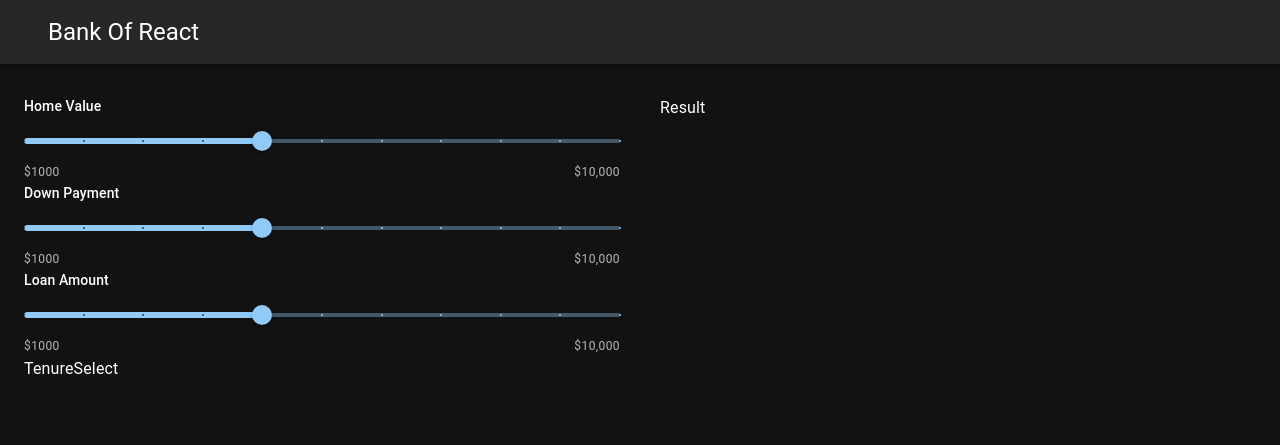
Repository: MikeeBuilds/mortgage-calculator
Page: /
These files come from the project's save history. The page is drawn as it stood at one moment and after a run of saves; the edit follows.
The browser window is 1280 px wide. The pictures show the whole page.
The project was rebuilt for these pictures with package versions that can differ from the ones it lists, and the page was loaded fresh each time.

Above is the page before, as saved 2023-04-03 21:41:13.

### src/index.js
import React from 'react';
import ReactDOM from 'react-dom/client';
import  CssBaseline  from '@mui/material/CssBaseline';
import { ThemeProvider, createTheme } from '@mui/material/styles';
import App from './App';
import reportWebVitals from './reportWebVitals';
import { theme } from './theme';

const root = ReactDOM.createRoot(document.getElementById('root'));
root.render(
  <React.StrictMode>
    <ThemeProvider theme={theme}>
      <CssBaseline />
    <App />
    </ThemeProvider>
  </React.StrictMode>
);

// If you want to start measuring performance in your app, pass a function
// to log results (for example: reportWebVitals(console.log))
// or send to an analytics endpoint. Learn more: https://bit.ly/CRA-vitals
reportWebVitals();

### src/App.js
import { Container, Grid } from "@mui/material";
import Navbar from "./components/Navbar";
import Result from "./components/Result";
import SliderSelect from "./components/SliderSelect";
import TenureSelect from "./components/TenureSelect";


function App() {
  return (
    <div className="App">
      <Navbar />
      <Container maxWidth="xl" sx={{ marginTop: 4 }}>
        <Grid container spacing={5}>

          <Grid item xs={12} md={6}>
            <SliderSelect />
            <TenureSelect />
          </Grid>
          <Grid item xs={12} md={6}>
            <Result />

          </Grid>

        </Grid>
      </Container>
    </div>
  );
}

export default App;

### src/theme.js
import {  createTheme } from "@mui/material/styles";

export const theme = createTheme({
    palette: {
        mode: "dark",
    },
    typography: {
        h1: {

        },
    },
});

### src/components/Navbar.js
import React from 'react'
import AppBar from '@mui/material/AppBar'
import ToolBar from '@mui/material/Toolbar'
import Typography from '@mui/material/Typography'
import Container from '@mui/material/Container'

const Navbar = () => {
  return (
    <AppBar position="static">
      <Container maxWidth='xl'>
        <ToolBar>
            <Typography variant="h5" component="div" sx={{ flexGrow: 1 }}>
                Bank Of React
            </Typography>
        </ToolBar>
      </Container>
    </AppBar>
  )
}

export default Navbar

### src/components/SliderSelect.js
import React, { Fragment } from 'react'
import SliderComponent from './common/SliderComponent'

const SliderSelect = () => {
  return (
    <>
        <SliderComponent
            label='Home Value'
            min={0}
            max={50}
            defaultValue={20}
            step={5 }
            onChange={(e, value) => console.log(value)}
        />
          <SliderComponent
            label='Down Payment'
            min={0}
            max={50}
            defaultValue={20}
            step={5 }
            onChange={(e, value) => console.log(value)}
        />
          <SliderComponent
            label='Loan Amount'
            min={0}
            max={50}
            defaultValue={20}
            step={5 }
            onChange={(e, value) => console.log(value)}
        />

    </>


  )
}

export default SliderSelect

### src/components/TenureSelect.js
import React from 'react'

const TenureSelect = () => {
  return (
    <div>TenureSelect</div>
  )
}

export default TenureSelect

### src/components/common/SliderComponent.js
import React from 'react'
import Slider from '@mui/material/Slider'
import { Stack, Typography } from '@mui/material'

const SliderComponent = ({ defaultValue, min, max, step, onChange, value, label, unit, amount }) => {
  return (
  <>
    <Stack gap={1}>
      <Typography variant='subtitle2'>{label}</Typography>
      <Typography variant='h5'>{unit} {amount}</Typography>
    </Stack>

    <Slider
      defaultValue={defaultValue}
      min={min} max={max}
      aria-label='Default'
      valueLabelDisplay='auto'
      marks
      step={step}
      onChange={onChange}
      value={value}
      />
      <Stack direction='row' justifyContent='space-between'>
    <Typography variant='caption' color='text.secondary'>$1000</Typography>
    <Typography variant='caption' color='text.secondary'>$10,000</Typography>
      </Stack>

  </>
  )
}

export default SliderComponent

Loaded but not shown: public/index.html (common file); src/reportWebVitals.js (common file); src/components/Result.js (common file)

After the next 5 saves:
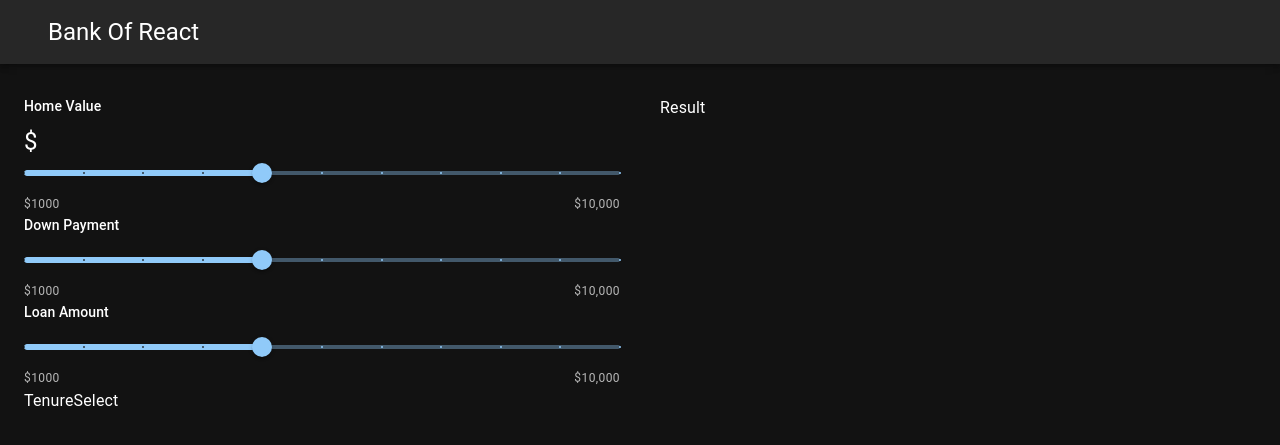
The 5 saves are shown as one change because they came seconds apart.
The last was saved 19 s later.
--- a/src/components/SliderSelect.js
+++ b/src/components/SliderSelect.js
@@ -11,6 +11,7 @@ const SliderSelect = () => {
             defaultValue={20}
             step={5 }
             onChange={(e, value) => console.log(value)}
+            unit='$'
         />
           <SliderComponent
             label='Down Payment'
